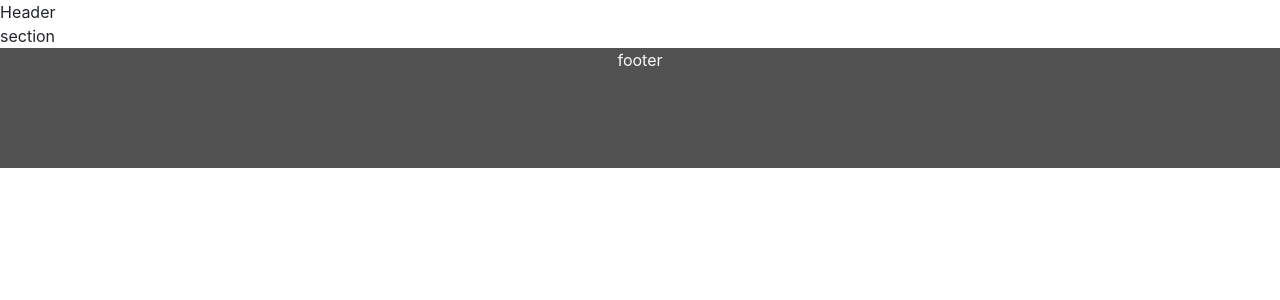
Repository: lhynes/User-Centric-Frontend-Development-Milestone-Project
Page: index.html
The author's editor kept a record of every edit. The page is drawn from the files as they stood at one moment, then again after the next edit.
The browser window is 1280 px wide. The pictures show the whole page.

Above is the page before.

### index.html
<!DOCTYPE html>
<html lang="en">

<head>
    <meta charset="UTF-8">
    <meta name="viewport" content="width=device-width, initial-scale=1.0">
    <meta http-equiv="X-UA-Compatible" content="ie=edge">
    <!--access exrtenal links - bootstrap cdn - https://www.bootstrapcdn.com/-->
    <link rel="stylesheet" href="https://stackpath.bootstrapcdn.com/bootstrap/4.3.1/css/bootstrap.min.css" type="text/css" />
    <!--access exrtenal links - fontAwesome cdn - https://www.bootstrapcdn.com/-->
    <link rel="stylesheet" href="https://stackpath.bootstrapcdn.com/font-awesome/4.7.0/css/font-awesome.min.css" type="text/css" />
    <!--CdN to access hover CSS-->
    <link rel="stylesheet" href="https://cdnjs.cloudflare.com/ajax/libs/hover.css/2.3.1/css/hover-min.css" type="text/css" />
    <!-- project CSS style sheet-->
    <link rel="stylesheet" href="assets/css/style.css" type="text/css" />

    <title>Live Love Explore</title>
</head>

<body>
    <header>
        <!-- hero image and nagivation section-->
Header
    </header>
    <section>
        <!-- Main content sectin -->
section
    </section>
    <!--Footer section-->
    <footer>
        footer
    </footer>


</body>

</html>

### assets/css/style.css
@import url('https://fonts.googleapis.com/css?family=Roboto:100,200,300,400,500,600,700|Exo:100,200,300,400,500,600,700');

/*-----------------------------------Colours */

.bg-color-hero {
    background-color: red;
    color: #ffffff;
}

/*-----------------------------------Special paddings/margins/text - General CSS area used more than once through out the site */

.uppercase {
    text-transform: uppercase;
}

.general-sub {
    font-family: "Exo", sans-serif;
    font-weight: 300;
    color: #fafafa;

}


/*-----------------------------------Heading */

.hero{
    background: url("../images/morning.jpg");
    text-align: center;
    background-position: center;
    background-repeat: no-repeat;
    background-size: cover;
    min-height: 500px;
    transition: all .5s ease-in-out;
    -moz-transition: all .5s ease-in-out;
    -webkit-transition: all .5s ease-in-out;

}

.navbar{

}
.navbar-nav.navbar-center {
    position: absolute;
    left: 50%;
    transform: translatex(-50%);
}


/*-----------------------------------Hover.css */









/*-----------------------------------Home */




/*-----------------------------------About Me*/



/*-----------------------------------Destinations*/



/*-----------------------------------Travel Stories*/



/*-----------------------------------Resources*/





/*-----------------------------------Footer styles */


footer {
    background-color: #525252;
    color: #fafafa;
    min-height: 120px;
    margin: 0;
    text-align: center;
}


.social-links {
    padding-bottom: 15px;

}

.social-links li a i {
    width: 32px;
    height: 32px;
    padding: 12px 0;
    border-radius: 50%;
    line-height: 7px;
    text-align: center;
    color: #fafafa;
    background: #8f8f8f;
    -moz-transition: all 0.35s ease-in-out;
    -webkit-transition: all 0.35s ease-in-out;
    -o-transition: all 0.35s ease-in-out;
}

.social-links li a i:hover {
    background-color: blue;
}



/*-----------------------------------Media Queries*/

After the next edit:
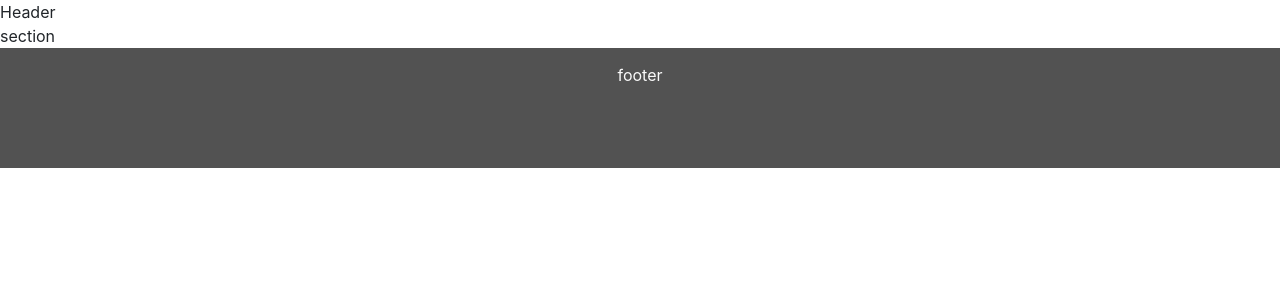
The edit:
--- a/assets/css/style.css
+++ b/assets/css/style.css
@@ -23,7 +23,7 @@
 
 /*-----------------------------------Heading */
 
-.hero{
+.hero {
     background: url("../images/morning.jpg");
     text-align: center;
     background-position: center;
@@ -36,9 +36,8 @@
 
 }
 
-.navbar{
+.navbar {}
 
-}
 .navbar-nav.navbar-center {
     position: absolute;
     left: 50%;
@@ -48,39 +47,17 @@
 
 /*-----------------------------------Hover.css */
 
-
-
-
-
-
-
-
-
 /*-----------------------------------Home */
-
-
-
 
 /*-----------------------------------About Me*/
 
-
-
 /*-----------------------------------Destinations*/
-
-
 
 /*-----------------------------------Travel Stories*/
 
-
-
 /*-----------------------------------Resources*/
 
-
-
-
-
 /*-----------------------------------Footer styles */
-
 
 footer {
     background-color: #525252;
@@ -88,6 +65,7 @@
     min-height: 120px;
     margin: 0;
     text-align: center;
+    padding-top: 15px;
 }
 
 
